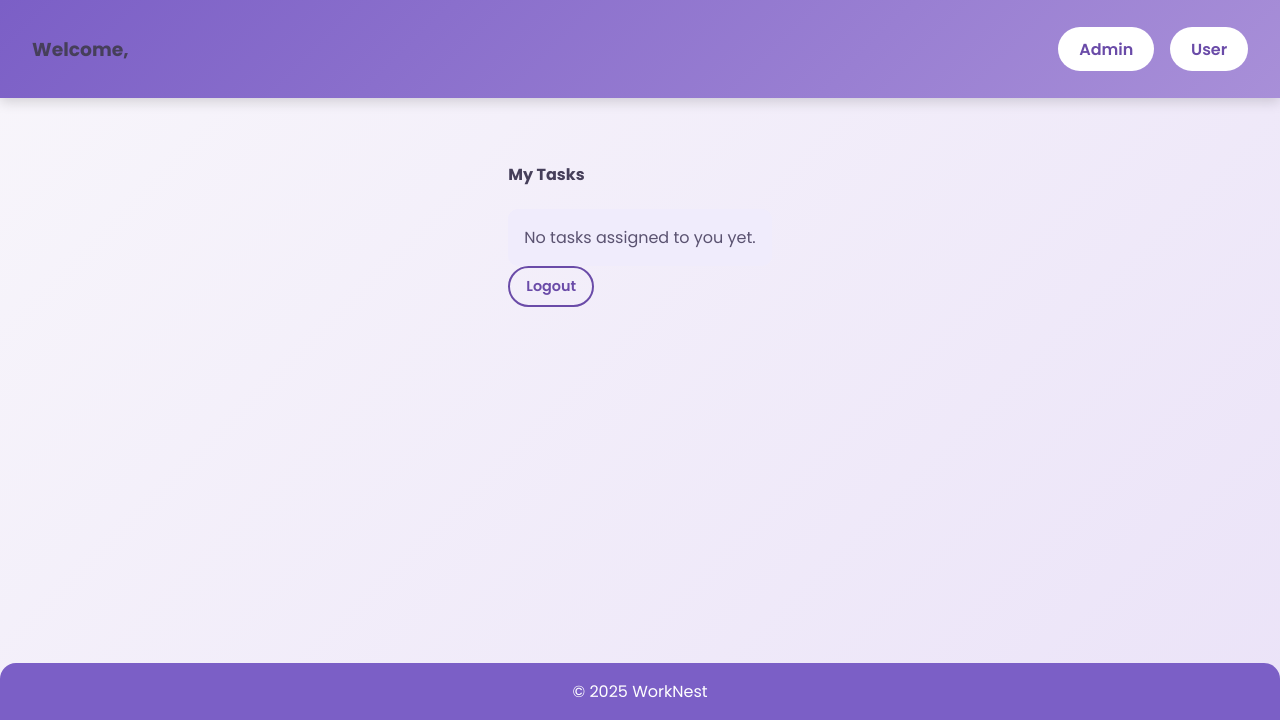
Repository: Sourav5harma/WiproProject
Page: http://localhost/WorkNestApp/WEB-INF/jsp/user-dashboard.jsp
These files come from the project's save history. The page is drawn as it stood at one moment and after the next save; the edit follows.
The browser window is 1280 px wide. The pictures show the whole page.
The page is served by Tomcat 9. Nobody is signed in. Other server files are loaded and not shown. The template is opened directly, without the code that normally fills it, so the values that code supplies are empty.

Above is the page before, as saved 2025-08-27 19:09:45.

### WorkNestApp/src/main/webapp/WEB-INF/jsp/user-dashboard.jsp
<%@ page contentType="text/html;charset=UTF-8" language="java"%>
<%@ taglib prefix="c" uri="http://java.sun.com/jsp/jstl/core"%>
<!DOCTYPE html>
<html lang="en">
<head>
  <title>WorkNest</title>
  <link href="https://fonts.googleapis.com/css2?family=Poppins:wght@400;600;700&display=swap" rel="stylesheet">

  <style>
    body {
      margin: 0;
      min-height: 100vh;
      display: flex;
      flex-direction: column;
      font-family: 'Poppins', sans-serif;
      background: linear-gradient(135deg, #f8f6fb, #ebe3f8);
      color: #463f5a;
    }

    /* Navbar */
    nav {
      display: flex;
      justify-content: space-between;
      align-items: center;
      background: linear-gradient(135deg, #7b5fc6, #a88fd8);
      padding: 1rem 2rem;
      box-shadow: 0 4px 12px rgba(0,0,0,0.15);
    }
    nav .title {
      font-size: 1.8rem;
      font-weight: 700;
      color: #fff;
      letter-spacing: 1px;
    }
    nav .actions {
      display: flex;
      gap: 1rem;
    }
    nav .actions a {
      padding: 0.6rem 1.3rem;
      border-radius: 30px;
      background: #fff;
      color: #6a4ba8;
      font-weight: 600;
      text-decoration: none;
      transition: all 0.3s ease;
    }
    nav .actions a:hover {
      background: #6a4ba8;
      color: #fff;
    }

    /* Hero Section */
    .hero {
      text-align: center;
      padding: 3rem 1rem;
      background: linear-gradient(135deg, #e9defc, #f5f0fc);
      border-bottom: 2px solid #ddd;
    }
    .hero h1 {
      font-size: 2.4rem;
      margin-bottom: 0.5rem;
      background: linear-gradient(to right, #6a4ba8, #a88fd8);
      -webkit-background-clip: text;
      -webkit-text-fill-color: transparent;
    }
    .hero p {
      font-size: 1rem;
      color: #5a5270;
    }

    /* Container */
    .container {
      flex-grow: 1;
      max-width: 1100px;
      margin: 2rem auto;
      padding: 0 1.5rem;
    }

    /* Task Card */
    .task-card {
      background: #fff;
      border-radius: 1rem;
      padding: 1.5rem;
      margin-bottom: 1.5rem;
      box-shadow: 0 6px 16px rgba(0,0,0,0.08);
      transition: transform 0.2s ease, box-shadow 0.2s ease;
    }
    .task-card:hover {
      transform: translateY(-4px);
      box-shadow: 0 10px 22px rgba(0,0,0,0.15);
    }
    .task-header {
      display: flex;
      justify-content: space-between;
      align-items: center;
    }
    .task-title {
      font-size: 1.2rem;
      font-weight: 600;
    }
    .badge {
      padding: 0.4rem 0.8rem;
      border-radius: 20px;
      font-size: 0.8rem;
      font-weight: 600;
    }
    .bg-success { background: #28a745; color: #fff; }
    .bg-warning { background: #ffc107; color: #000; }
    .bg-danger { background: #dc3545; color: #fff; }
    .bg-info { background: #17a2b8; color: #fff; }

    .task-actions {
      margin-top: 1rem;
      display: flex;
      gap: 0.5rem;
      flex-wrap: wrap;
    }

    /* Buttons */
    .btn {
      display: inline-block;
      padding: 0.5rem 1rem;
      border-radius: 30px;
      font-size: 0.9rem;
      font-weight: 600;
      text-decoration: none;
      cursor: pointer;
      transition: all 0.3s ease;
      border: none;
    }
    .btn-primary { background: #6a4ba8; color: #fff; }
    .btn-primary:hover { background: #543c91; }
    .btn-success { background: #28a745; color: #fff; }
    .btn-success:hover { background: #218838; }
    .btn-outline { background: transparent; border: 2px solid #6a4ba8; color: #6a4ba8; }
    .btn-outline:hover { background: #6a4ba8; color: #fff; }
    .btn-link { color: #6a4ba8; background: none; text-decoration: underline; }

    /* Footer */
    footer {
      background: #7b5fc6;
      color: #fff;
      padding: 1rem;
      text-align: center;
      border-top-left-radius: 1rem;
      border-top-right-radius: 1rem;
      margin-top: auto;
    }
  </style>
</head>
<body>

  <!-- NAVBAR -->
  <nav>
    <h3>Welcome, ${user.name}</h3>


    <div class="actions">
      <a href="<c:url value='/admin/login'/>">Admin</a>
      <a href="<c:url value='/user/login'/>">User</a>
    </div>
  </nav>

  <!-- HERO -->

  <!-- MAIN -->
  <div class="container">


    <h4 style="margin-top:2rem;">My Tasks</h4>

    <c:if test="${empty tasks}">
      <div style="margin-top:1rem; padding:1rem; background:#f0ecfc; border-radius:10px; color:#5a5270;">
        No tasks assigned to you yet.
      </div>
    </c:if>

    <c:forEach items="${tasks}" var="t">
      <div class="task-card">
        <div class="task-header">
          <span class="task-title">${t.title}</span>
          <span class="badge
            ${t.status == 'COMPLETED' ? 'bg-success'
            : t.status == 'IN_PROGRESS' ? 'bg-warning'
            : t.status == 'DELAYED' ? 'bg-danger'
            : 'bg-info'}">${t.status}</span>
        </div>
        <p style="margin:0.5rem 0; color:#6c6580;">${t.description}</p>
        <p class="small text-muted">Start: ${t.startDate} | Due: ${t.dueDate}</p>

        <div class="task-actions">
          <form method="post" action="<c:url value='/tasks/status/${t.taskId}'/>">
            <input type="hidden" name="status" value="IN_PROGRESS">
            <button class="btn btn-primary">Mark In Progress</button>
          </form>
          <form method="post" action="<c:url value='/tasks/status/${t.taskId}'/>">
            <input type="hidden" name="status" value="COMPLETED">
            <button class="btn btn-success">Mark Completed</button>
          </form>
          <a class="btn btn-link" href="<c:url value='/tasks/view/${t.slug}'/>">Open</a>
        </div>
      </div>
    </c:forEach>

    <a class="btn btn-outline" href="<c:url value='/user/logout'/>">Logout</a>
  </div>

  <!-- FOOTER -->
  <footer>© 2025 WorkNest</footer>

</body>
</html>

After the next save:
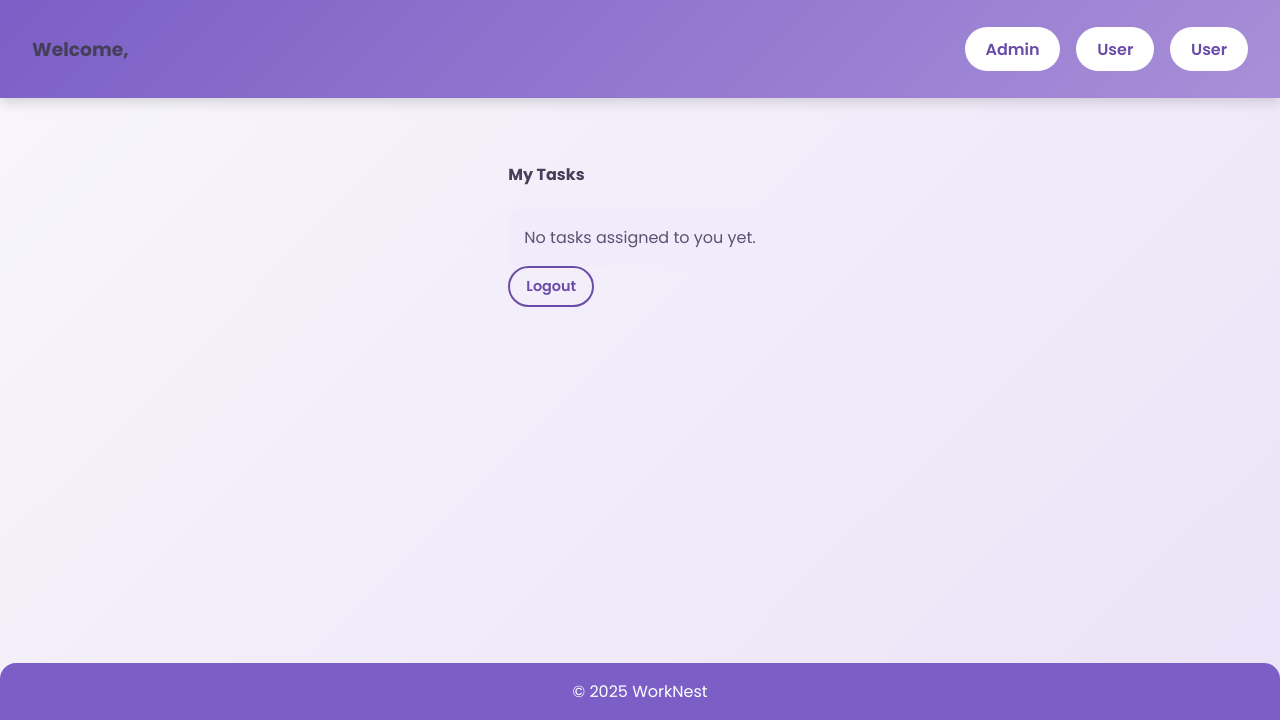
Saved 29 s later.
--- a/WorkNestApp/src/main/webapp/WEB-INF/jsp/user-dashboard.jsp
+++ b/WorkNestApp/src/main/webapp/WEB-INF/jsp/user-dashboard.jsp
@@ -158,6 +158,7 @@
 
     <div class="actions">
       <a href="<c:url value='/admin/login'/>">Admin</a>
+      <a href="<c:url value='/user/login'/>">User</a>
       <a href="<c:url value='/user/login'/>">User</a>
     </div>
   </nav>
